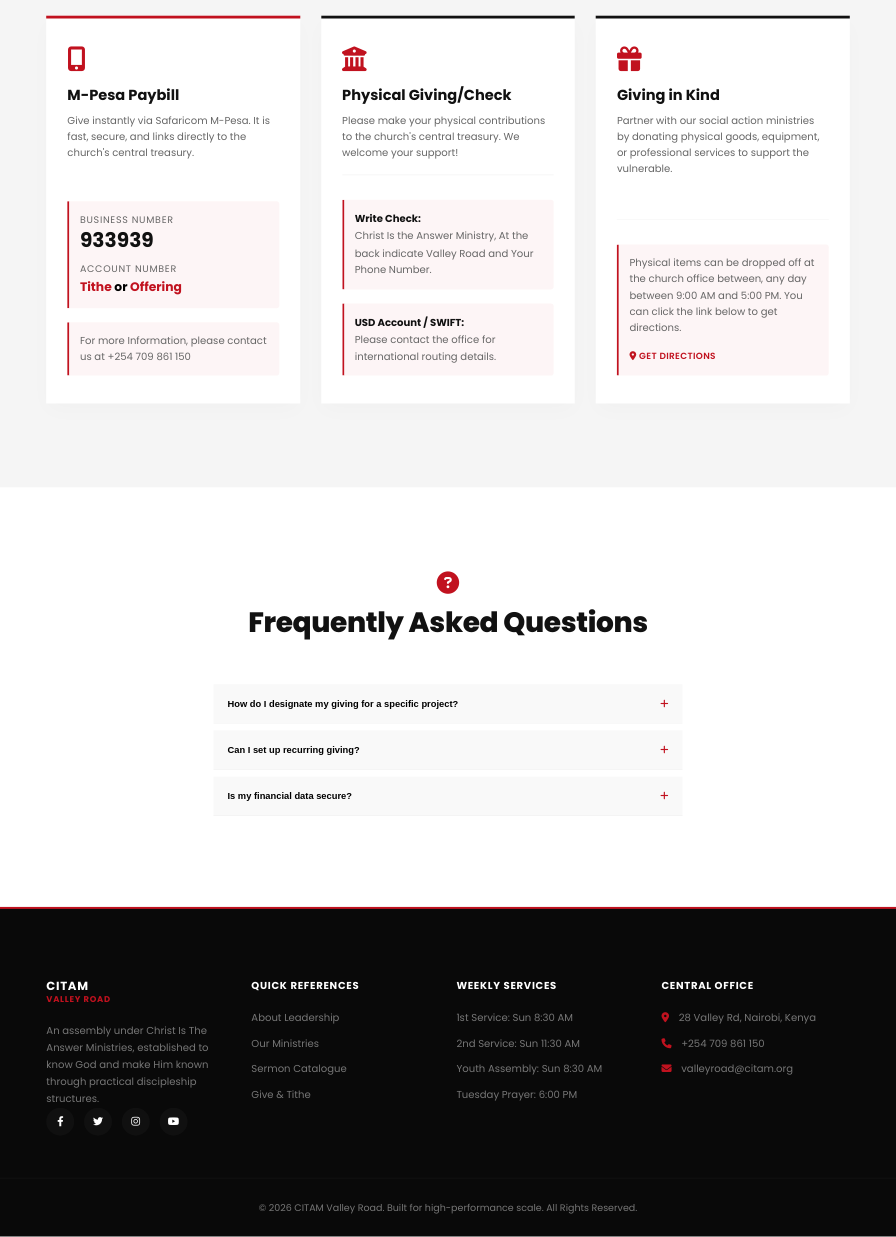
Repository: jereworks/CITAMVRD-Website
Page: give.html
These files come from the project's save history. The page is drawn as it stood at one moment and after a run of saves; the edit follows.
The browser window is 1280 px wide. The pictures show the part of the page from y = 798 to 2718 px (the page is 2565 px tall before and 2767 px after), at 70% of full size.

Above is the page before, as saved 2026-06-12 07:56:11.

After the next 2 saves:
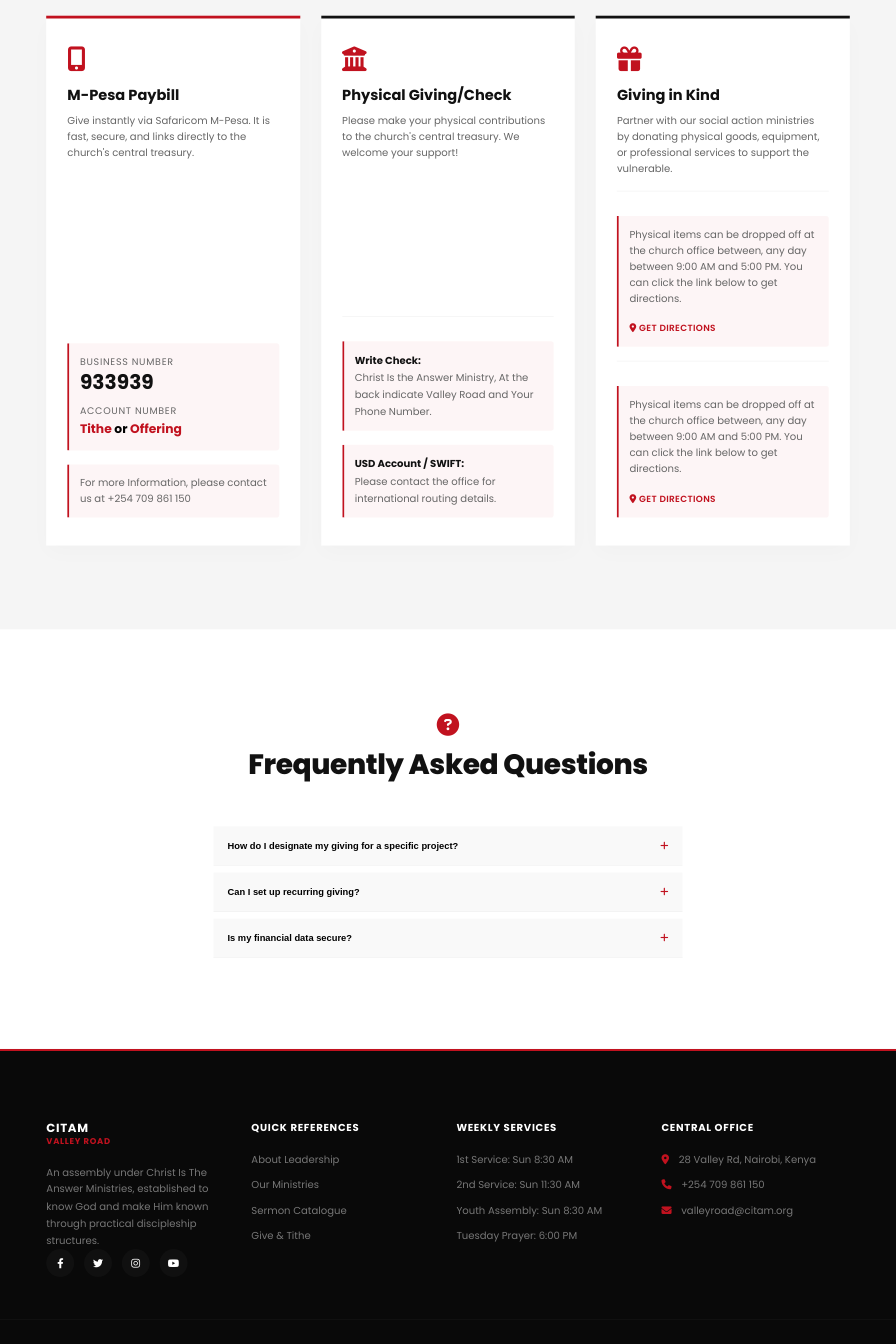
The 2 saves are shown as one change because they came seconds apart.
The last was saved 67 s later.
--- a/give.html
+++ b/give.html
@@ -136,6 +136,13 @@
                     <h3>Giving in Kind</h3>
                     <p style="flex-grow: 1;">Partner with our social action ministries by donating physical goods, equipment, or professional services to support the vulnerable.</p>
 
+
+                    <div style="border-top: 1px solid rgba(0,0,0,0.05); padding-top: 15px; margin-top: 20px;">
+                        <div style="background: rgba(193, 18, 31, 0.04); border-left: 3px solid var(--primary); padding: 15px; margin-top: 20px; border-radius: 0 4px 4px 0;">
+                            <p style="font-size: 0.9rem; margin-bottom: 15px;">Physical items can be dropped off at the church office between, any day between 9:00 AM and 5:00 PM. You can click the link below to get directions.</p>
+                            <a href="contact.html" class="action-link" style="color: var(--primary);"><i class="fas fa-map-marker-alt"></i> Get Directions</a>
+                        </div>
+                    </div>
 
                     <div style="border-top: 1px solid rgba(0,0,0,0.05); padding-top: 15px; margin-top: 20px;">
                         <div style="background: rgba(193, 18, 31, 0.04); border-left: 3px solid var(--primary); padding: 15px; margin-top: 20px; border-radius: 0 4px 4px 0;">
